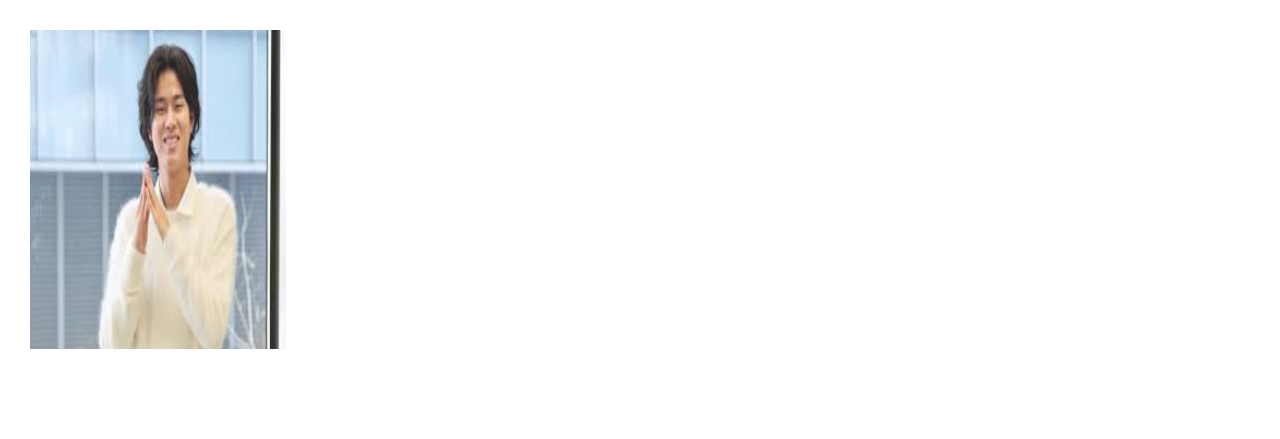
Repository: Migorithm/front_work
Page: front05_JQuery/src/main/webapp/3_event/jq12_slideToggle.html
These files come from the project's save history. The page is drawn as it stood at one moment and after the next save; the edit follows.
The browser window is 1280 px wide. The pictures show the whole page.
After loading, the first visible `a.image` was clicked once.

Above is the page before, as saved 2021-09-06 03:40:18.

After the next save:
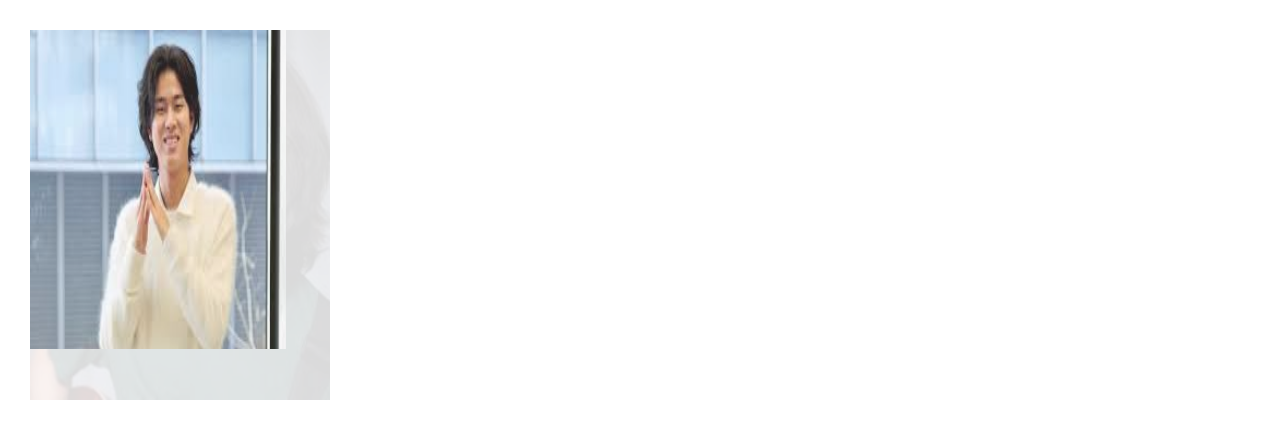
Saved 2 min 17 s later.
--- a/front05_JQuery/src/main/webapp/3_event/jq12_slideToggle.html
+++ b/front05_JQuery/src/main/webapp/3_event/jq12_slideToggle.html
@@ -27,9 +27,12 @@
 			$(this).next().show(2000);
 
 			var nextimage = $(this).next().length?$(this).next():$('.image:first');
-			$(this).hide();
+		/* 	$(this).hide();
 			nextimage.show();
+			 */
 
+			 $(this).fadeToggle(2000);
+			 nextimage.fadeToggle(3000);
 		})
 
 		});
